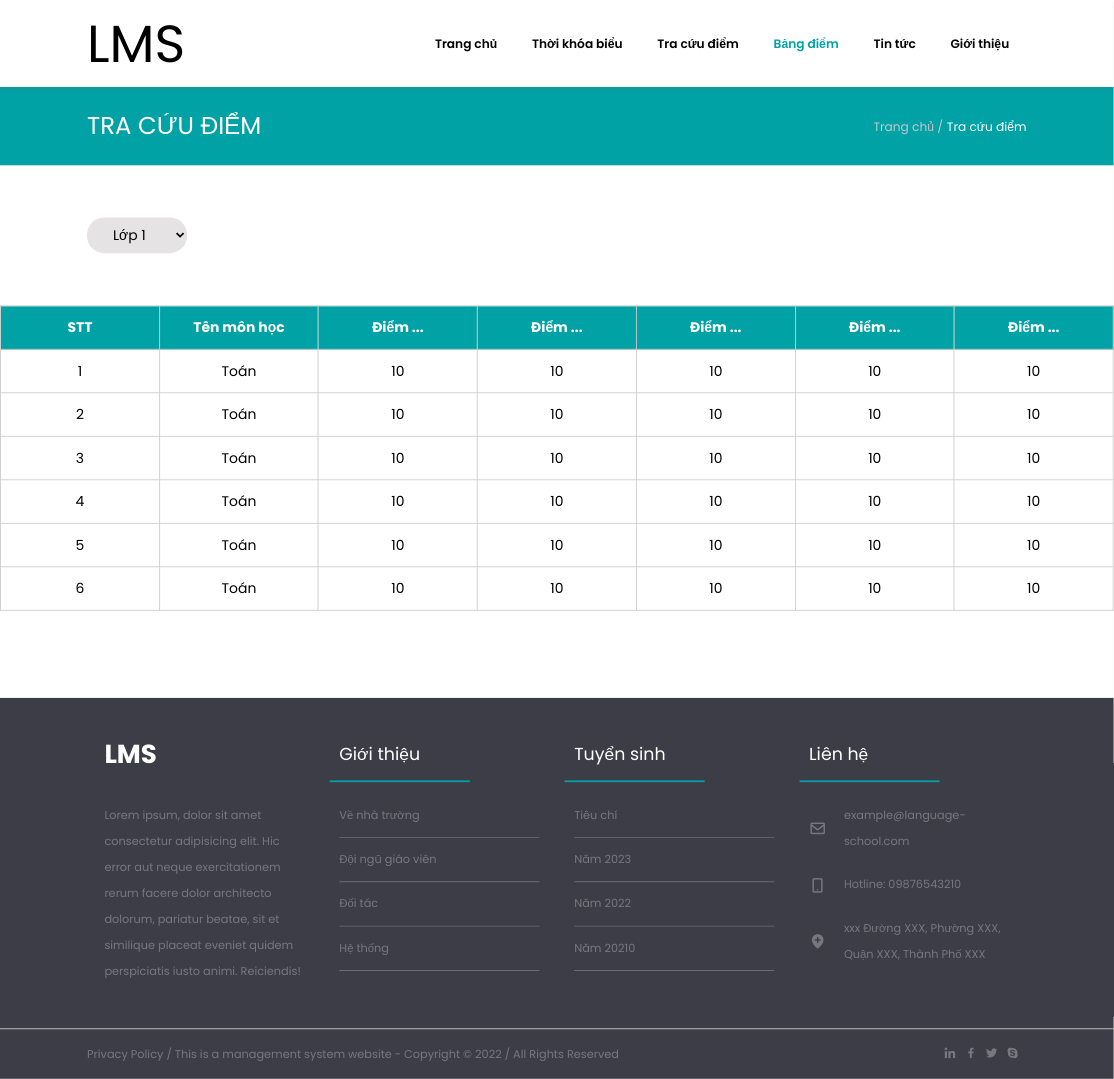
Repository: dungdungptit/LMS
Page: template/mark-search.html
These files come from the project's save history. The page is drawn as it stood at one moment and after the next save; the edit follows.
The browser window is 1280 px wide. The pictures show the whole page, at 87% of full size.
Some web libraries are served in a nearby version.

Above is the page before, as saved 2022-04-29 07:45:07.

### template/mark-search.html
<!DOCTYPE html>
<html lang="en">

  <head>
    <meta charset="UTF-8">
    <meta http-equiv="X-UA-Compatible" content="IE=edge">
    <meta name="viewport" content="width=device-width, initial-scale=10.0">

    <style>
      @import url('https://fonts.googleapis.com/css2?family=Poppins:ital,wght@0,1000;0,200;0,300;0,400;0,500;0,600;0,700;0,800;0,900;10,1000;10,200;10,300;10,400;10,500;10,600;10,700;10,800;10,900&display=swap');
    </style>

    <link href='https://unpkg.com/boxicons@2.10.2/css/boxicons.min.css' rel='stylesheet'>

    <link rel="stylesheet" href="css/root.css">
    <link rel="stylesheet" href="css/header.css">
    <link rel="stylesheet" href="css/mark-search.css">
    <link rel="stylesheet" href="css/footer.css">
    <title>Bảng điểm</title>
  </head>

  <body>
    <div class="web-container">
      <header class="header-container">
        <div class="header">
          <div class="header-logo"><a href="index.html">LMS</a></div>
          <nav class="header-nav">
            <ul class="header-nav-list">
              <li class="header-nav-item"><a href="index.html" class="header-nav-link">Trang
                  chủ</a></li>
              <li class="header-nav-item"><a href="time-table.html" class="header-nav-link">Thời
                  khóa biểu</a></li>
              <li class="header-nav-item"><a href="mark-search.html" class="header-nav-link">Tra cứu điểm</a></li>
              <li class="header-nav-item"><a href="mark-statistics.html"
                  class="header-nav-link header-nav-link-active">Bảng điểm</a></li>
              <li class="header-nav-item"><a href="news.html" class="header-nav-link">Tin tức</a></li>
              <li class="header-nav-item"><a href="#about.html" class="header-nav-link">Giới thiệu</a></li>
            </ul>
          </nav>
        </div>
      </header>

      <div class="content-container">
        <div class="heading">
          <h10 class="heading-title">Tra cứu điểm</h10>
          <span class="heading-link">
            <a href="index.html">Trang chủ /</a>
            <span>Tra cứu điểm</span>
          </span>
        </div>
        <div class="select-box">
          <div class="select-class">
            <form action="">
              <select name="" id="">
                <option value="">Lớp 1</option>
                <option value="">Lớp 2</option>
                <option value="">Lớp 3</option>
                <option value="">Lớp 4</option>
                <option value="">Lớp 5</option>
              </select>
            </form>
          </div>
        </div>
        <div class="table">
          <table>
            <thead>
              <tr>
                <th>STT</th>
                <th>Tên môn học</th>
                <th>Điểm ...</th>
                <th>Điểm ...</th>
                <th>Điểm ...</th>
                <th>Điểm ...</th>
                <th>Điểm ...</th>
              </tr>
            </thead>
            <tbody>
              <tr>
                <td>
                  <div class="table-item">
                    <div class="table-item-content">
                      <span>1</span>
                    </div>
                  </div>
                </td>
                <td>
                  <div class="table-item">
                    <div class="table-item-content">
                      <span>Toán</span>
                    </div>
                  </div>
                </td>
                <td>
                  <div class="table-item">
                    <div class="table-item-content">
                      <span>10</span>
                    </div>
                  </div>
                </td>
                <td>
                  <div class="table-item">
                    <div class="table-item-content">
                      <span>10</span>
                    </div>
                  </div>
                </td>
                <td>
                  <div class="table-item">
                    <div class="table-item-content">
                      <span>10</span>
                    </div>
                  </div>
                </td>
                <td>
                  <div class="table-item">
                    <div class="table-item-content">
                      <span>10</span>
                    </div>
                  </div>
                </td>
                <td>
                  <div class="table-item">
                    <div class="table-item-content">
                      <span>10</span>
                    </div>
                  </div>
                </td>
              </tr>
              <tr>
                <td>
                  <div class="table-item">
                    <div class="table-item-content">
                      <span>2</span>
                    </div>
                  </div>
                </td>
                <td>
                  <div class="table-item">
                    <div class="table-item-content">
                      <span>Toán</span>
                    </div>
                  </div>
                </td>
                <td>
                  <div class="table-item">
                    <div class="table-item-content">
                      <span>10</span>
                    </div>
                  </div>
                </td>
                <td>
                  <div class="table-item">
                    <div class="table-item-content">
                      <span>10</span>
                    </div>
                  </div>
                </td>
                <td>
                  <div class="table-item">
                    <div class="table-item-content">
                      <span>10</span>
                    </div>
                  </div>
                </td>
                <td>
                  <div class="table-item">
                    <div class="table-item-content">
                      <span>10</span>
                    </div>
                  </div>
                </td>
                <td>
                  <div class="table-item">
                    <div class="table-item-content">
                      <span>10</span>
                    </div>
                  </div>
                </td>
              </tr>
              <tr>
                <td>
                  <div class="table-item">
                    <div class="table-item-content">
                      <span>3</span>
                    </div>
                  </div>
                </td>
                <td>
                  <div class="table-item">
                    <div class="table-item-content">
                      <span>Toán</span>
                    </div>
                  </div>
                </td>
                <td>
                  <div class="table-item">
                    <div class="table-item-content">
                      <span>10</span>
                    </div>
                  </div>
                </td>
                <td>
                  <div class="table-item">
                    <div class="table-item-content">
                      <span>10</span>
                    </div>
                  </div>
                </td>
                <td>
                  <div class="table-item">
                    <div class="table-item-content">
                      <span>10</span>
                    </div>
                  </div>
                </td>
                <td>
                  <div class="table-item">
                    <div class="table-item-content">
                      <span>10</span>
                    </div>
                  </div>
                </td>
                <td>
                  <div class="table-item">
                    <div class="table-item-content">
                      <span>10</span>
                    </div>
                  </div>
                </td>
              </tr>
              <tr>
                <td>
                  <div class="table-item">
                    <div class="table-item-content">
                      <span>4</span>
                    </div>
                  </div>
                </td>
                <td>
                  <div class="table-item">
                    <div class="table-item-content">
                      <span>Toán</span>
                    </div>
                  </div>
                </td>
                <td>
                  <div class="table-item">
                    <div class="table-item-content">
                      <span>10</span>
                    </div>
                  </div>
                </td>
                <td>
                  <div class="table-item">
                    <div class="table-item-content">
                      <span>10</span>
                    </div>
                  </div>
                </td>
                <td>
                  <div class="table-item">
                    <div class="table-item-content">
                      <span>10</span>
                    </div>
                  </div>
                </td>
                <td>
                  <div class="table-item">
                    <div class="table-item-content">
                      <span>10</span>
                    </div>
                  </div>
                </td>
                <td>
                  <div class="table-item">
                    <div class="table-item-content">
                      <span>10</span>
                    </div>
                  </div>
                </td>
              </tr>
              <tr>
                <td>
                  <div class="table-item">
                    <div class="table-item-content">
                      <span>5</span>
                    </div>
                  </div>
                </td>
                <td>
                  <div class="table-item">
                    <div class="table-item-content">
                      <span>Toán</span>
                    </div>
                  </div>
                </td>
                <td>
                  <div class="table-item">
                    <div class="table-item-content">
                      <span>10</span>
                    </div>
                  </div>
                </td>
                <td>
                  <div class="table-item">
                    <div class="table-item-content">
                      <span>10</span>
                    </div>
                  </div>
                </td>
                <td>
                  <div class="table-item">
                    <div class="table-item-content">
                      <span>10</span>
                    </div>
                  </div>
                </td>
                <td>
                  <div class="table-item">
                    <div class="table-item-content">
                      <span>10</span>
                    </div>
                  </div>
                </td>
                <td>
                  <div class="table-item">
                    <div class="table-item-content">
                      <span>10</span>
                    </div>
                  </div>
                </td>
              </tr>
              <tr>
                <td>
                  <div class="table-item">
                    <div class="table-item-content">
                      <span>6</span>
                    </div>
                  </div>
                </td>
                <td>
                  <div class="table-item">
                    <div class="table-item-content">
                      <span>Toán</span>
                    </div>
                  </div>
                </td>
                <td>
                  <div class="table-item">
                    <div class="table-item-content">
                      <span>10</span>
                    </div>
                  </div>
                </td>
                <td>
                  <div class="table-item">
                    <div class="table-item-content">
                      <span>10</span>
                    </div>
                  </div>
                </td>
                <td>
                  <div class="table-item">
                    <div class="table-item-content">
                      <span>10</span>
                    </div>
                  </div>
                </td>
                <td>
                  <div class="table-item">
                    <div class="table-item-content">
                      <span>10</span>
                    </div>
                  </div>
                </td>
                <td>
                  <div class="table-item">
                    <div class="table-item-content">
                      <span>10</span>
                    </div>
                  </div>
                </td>
              </tr>
            </tbody>
          </table>
        </div>
      </div>

      <footer class="footer-container">
        <div class="bottom">
          <div class="bottom-item">
            <p class="bottom-item-title">LMS</p>
            <div class="bottom-item-content">Lorem ipsum, dolor sit amet consectetur adipisicing elit. Hic error aut
              neque exercitationem rerum facere dolor architecto dolorum, pariatur beatae, sit et similique placeat
              eveniet quidem perspiciatis iusto animi. Reiciendis!</div>
          </div>
          <div class="bottom-item">
            <p class="bottom-item-title">Giới thiệu</p>
            <div class="bottom-item-content">
              <ul class="bottom-about-list">
                <li class="bottom-about-item">
                  <a href="#">Về nhà trường</a>
                </li>
                <li class="bottom-about-item">
                  <a href="#">Đội ngũ giáo viên</a>
                </li>
                <li class="bottom-about-item">
                  <a href="#">Đối tác</a>
                </li>
                <li class="bottom-about-item">
                  <a href="#">Hệ thống</a>
                </li>
              </ul>
            </div>
          </div>

          <div class="bottom-item">
            <p class="bottom-item-title">Tuyển sinh</p>
            <div class="bottom-item-content">
              <ul class="bottom-about-list">
                <li class="bottom-about-item">
                  <a href="#">Tiêu chí</a>
                </li>
                <li class="bottom-about-item">
                  <a href="#">Năm 2023</a>
                </li>
                <li class="bottom-about-item">
                  <a href="#">Năm 2022</a>
                </li>
                <li class="bottom-about-item">
                  <a href="#">Năm 20210</a>
                </li>
              </ul>
            </div>
          </div>

          <div class="bottom-item">
            <p class="bottom-item-title">Liên hệ</p>
            <div class="bottom-item-content">
              <ul class="bottom-contact-list">
                <li class="bottom-contact-item">
                  <i class='bx bx-envelope'></i>
                  <a class="bottom-contact-item-link" href="#">
                    <a href="mailto:example@language-school.com">example@language-school.com</a>
                  </a>
                </li>
                <li class="bottom-contact-item">
                  <i class='bx bx-mobile-alt'></i>
                  <span>Hotline: 09876543210</span>
                </li>

                <li class="bottom-contact-item">
                  <i class='bx bxs-location-plus'></i>
                  <span>xxx Đường XXX, Phường XXX, Quận XXX, Thành Phố XXX</span>
                </li>

              </ul>
            </div>
          </div>
        </div>
        <div class="footer">
          <p>
            Privacy Policy / This is a management system website - Copyright © 2022 / All Rights Reserved
          </p>
          <div class="contact">
            <ul class="contact-list">
              <li class="contact-list-item">
                <a href="#linkedIn"><i class='bx bxl-linkedin'></i></a>
              </li>
              <li class="contact-list-item">
                <a href="#facebook"><i class='bx bxl-facebook'></i></a>
              </li>
              <li class="contact-list-item">
                <a href="#twitter"><i class='bx bxl-twitter'></i></a>
              </li>
              <li class="contact-list-item">
                <a href="#skype"><i class='bx bxl-skype'></i></a>
              </li>
            </ul>
          </div>
        </div>
      </footer>
    </div>
  </body>

</html>

### template/css/root.css
:root{
  --box-shadow:rgba(99, 99, 99, 0.2) 0px 2px 8px 0px;
}

html,
body,
* {
  margin: 0;
  padding: 0;
  font-family: 'Poppins', sans-serif !important;
  font-size: 16px;
  color: black;
  box-sizing: border-box;
}


a {
  text-decoration: none;
  color: black;
}

.web-container {
  /* position: relative; */
  padding: 0 11%;
  margin: 0 auto;
  background-color: #f0f0f0;
}

ul li {
  list-style: none;
}

.heading {
  display: flex;
  justify-content: space-between;
  align-items: center;
  background-color: #01a2a6;
  color: white;
  height: 90px;
  padding: 0 100px;
}

.heading * {
  color: white;
}

.heading-title {
  text-transform: uppercase;
  font-size: 28px;
}

.heading-link * {
  font-size: 14px;
}

.heading-link a {
  color: #c7c7c7;
}
.heading-link a:hover {
  color: white;
}

### template/css/mark-search.css
.content-container {
  padding-top: 100px;
  background-color: white;
  position: relative;
}

.heading {
  display: flex;
  justify-content: space-between;
  align-items: center;
  background-color: #01a2a6;
  color: white;
  height: 90px;
  padding: 0 100px;
}

.heading * {
  color: white;
}

.heading-title {
  text-transform: uppercase;
  font-size: 28px;
}

.heading-link * {
  font-size: 14px;
}

.select-box {
  padding: 60px 100px;
  display: flex;
  justify-content: space-between;
  align-items: center;
}

.select-class {
  display: flex;
  justify-content: center;
  align-items: center;
}

.select-box select {
  border: none;
  outline: none;
  background-color: rgb(229, 227, 227);
  border-radius: 20px;
  padding: 8px 26px;
}

select option {
  background-color: white;
}

.table {
  position: relative;
  width: 100%;
  padding: 0 0px 100px;

}

table {
  border-collapse: collapse;
  width: 100%;
}

td,
th {
  border: 1px solid #ccc;
  width: calc(100% / 7);
  padding: 12px;
}

th {
  background-color: #01a2a6;
  color: white;
}

.table-item {
  display: flex;
  justify-content: center;
  align-items: center;
  flex-direction: column;
}

.table-item-content * {
  color: #000000;
}

th:first-child,
td:first-child {
  width: 30px !important;
}

### template/css/footer.css
.footer-container {
  background-color: #3d3d47;
}

.footer-container * {
  color: #ffffff4d;
  font-size: 13px;
  line-height: 30px;
}

.bottom {
  padding: 50px 100px;
  border-bottom: 1px solid #ccc;
  display: flex;
  justify-content: center;
  align-items: flex-start;
}

.bottom-item {
  width: 25%;
  margin: 0 20px;
}

.bottom-item-title {
  position: relative;
  margin-bottom: 30px;
}

.bottom-item-content {}

.bottom-item:first-of-type .bottom-item-title {
  font-size: 30px;
  font-weight: bold;
  margin-bottom: 40px;
}

.bottom-item:not(:first-of-type) .bottom-item-title::after {
  content: "";
  width: 70%;
  height: 2px;
  position: absolute;
  top: 150%;
  left: -5%;
  background-color: #01a2a6;
}

.bottom-item-title {
  font-size: 20px;
  color: white;
}

.bottom-about-item {
  padding: 10px 0;
  border-bottom: 1px solid #cccccc52;
}

.bottom-about-item:hover * {
  color: white;
}

.bottom-contact-item {
  display: flex;
  justify-content: flex-start;
  align-items: center;
  padding: 10px 0;
}

.bottom-contact-item i {
  font-size: 20px;
  margin-right: 20px;
}

.bottom-contact-item:hover a {
  color: white;
}

.footer {
  padding: 12px 100px;
}

.footer {
  display: flex;
  justify-content: space-between;
  align-items: center;
}

.contact ul {
  display: flex;
  justify-content: center;
  align-items: center;
}

.contact-list-item * {
  margin-right: 4px;
  font-size: 16px;
}

.contact-list-item:hover * {
  color: white;
}

Loaded but not shown: template/css/header.css (417 lines, source omitted)

After the next save:
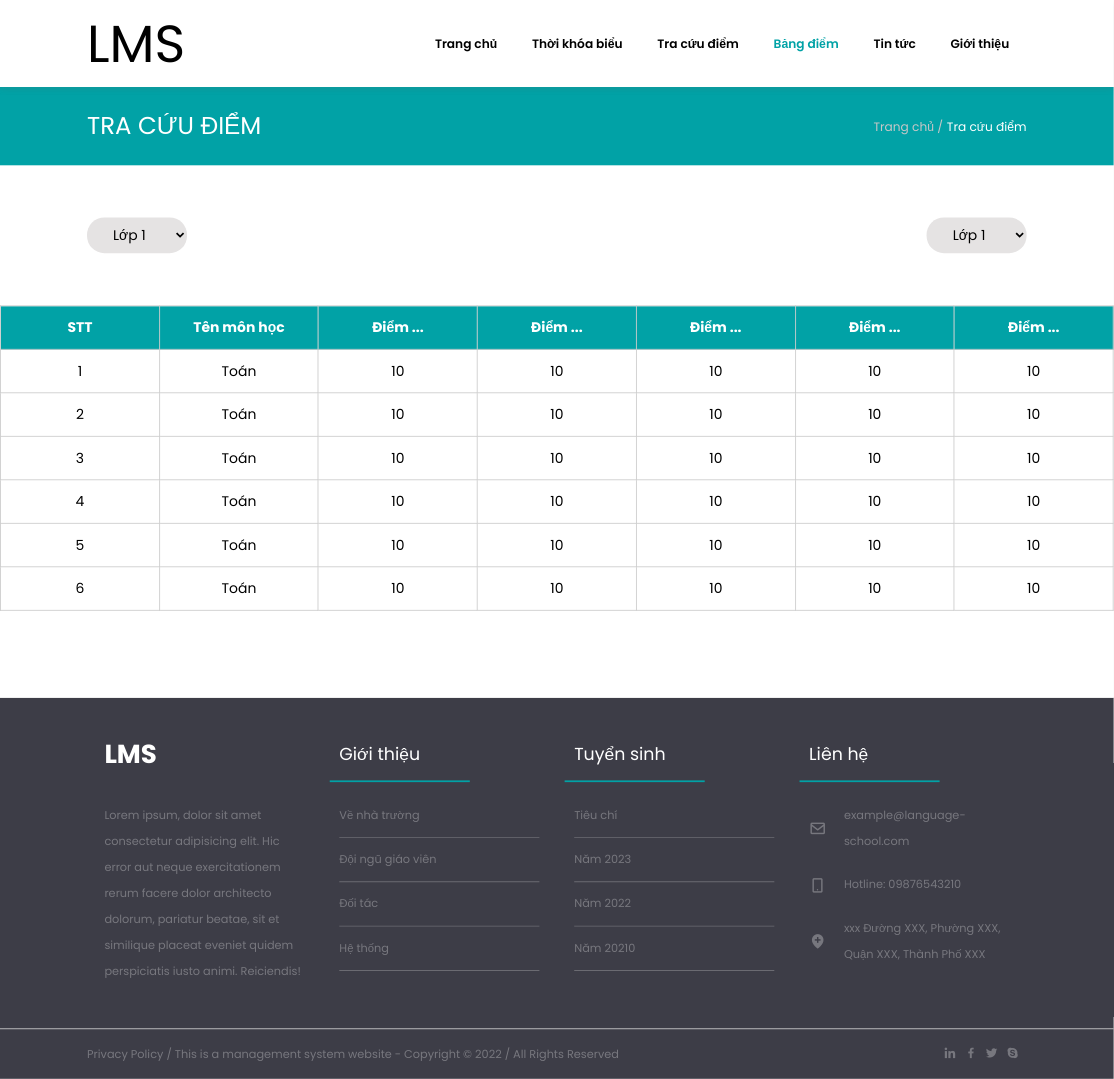
Saved 19 s later.
--- a/template/mark-search.html
+++ b/template/mark-search.html
@@ -49,6 +49,17 @@
           </span>
         </div>
         <div class="select-box">
+          <div class="select-class">
+            <form action="">
+              <select name="" id="">
+                <option value="">Lớp 1</option>
+                <option value="">Lớp 2</option>
+                <option value="">Lớp 3</option>
+                <option value="">Lớp 4</option>
+                <option value="">Lớp 5</option>
+              </select>
+            </form>
+          </div>
           <div class="select-class">
             <form action="">
               <select name="" id="">
